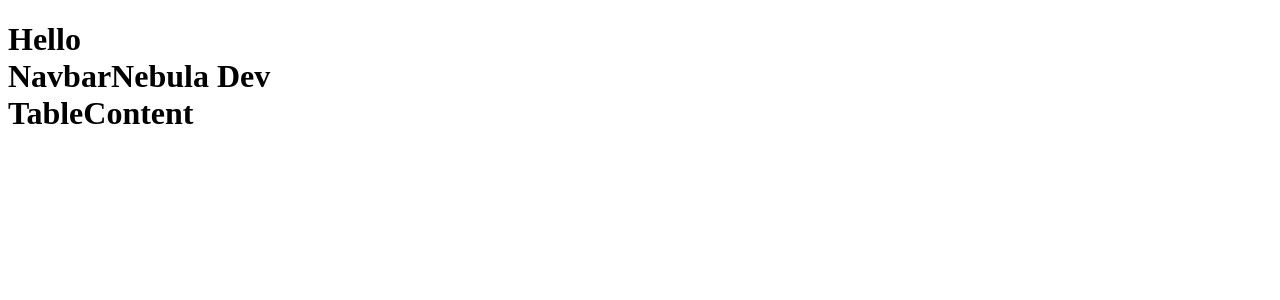
Repository: supakorn5039-boon/React-s
Page: /
These files come from the project's save history. The page is drawn as it stood at one moment and after the next save; the edit follows.
The browser window is 1280 px wide. The pictures show the whole page.
The project was rebuilt for these pictures with package versions that can differ from the ones it lists, and the page was loaded fresh each time. Also part of the build but not shown: vite.config.js.

Above is the page before, as saved 2024-01-08 23:44:11.

### src/App.jsx
import Navbar from "./components/Navbar";
import TableContent from "./components/TableContent";

export default function App() {
  return (
    <h1>
      Hello
      <Navbar text="Nebula Dev" />
      <TableContent />
    </h1>
  );
}

### src/components/Navbar.jsx


const Navbar = (props) => {
  return (
    <>
      <div>
        Navbar
        {props.text}
      </div>
    </>
  )
}

export default Navbar

### src/components/TableContent.jsx
export default function TableContent() {
  return <div>TableContent</div>;
}

Loaded but not shown: index.html (common file); src/main.jsx (common file)

After the next save:
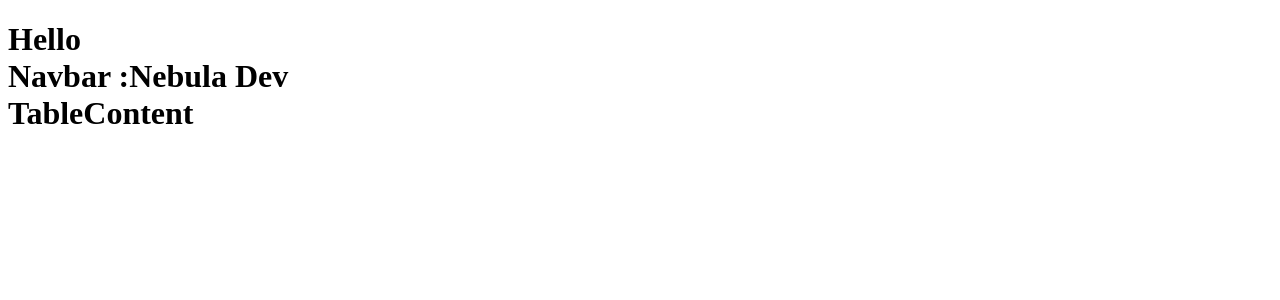
Saved 11 s later.
--- a/src/components/Navbar.jsx
+++ b/src/components/Navbar.jsx
@@ -1,14 +1,9 @@
-
-
 const Navbar = (props) => {
   return (
     <>
-      <div>
-        Navbar
-        {props.text}
-      </div>
+      <div>Navbar :{props.text}</div>
     </>
-  )
-}
+  );
+};
 
-export default Navbar
+export default Navbar;
